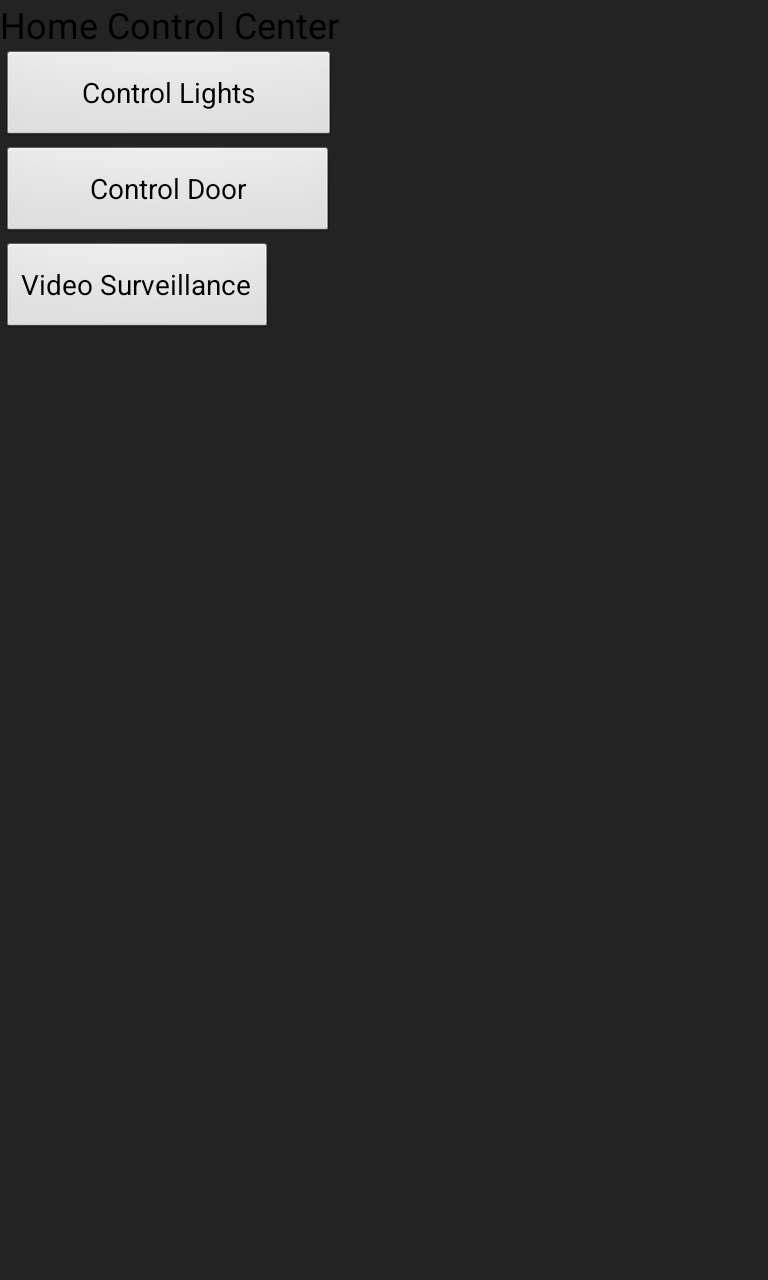
Repository: Teketel/hujeManiita
Layout: workspace/android/Besso/res/layout/center_activity.xml
An editor plug-in stored every save of this project. The layout is shown before and after the next save, followed by the edit.
It is drawn on a 768 x 1280 px phone screen (xhdpi) without system bars, with theme AppTheme; the app's code is not run.

Above is the layout before, as saved 2013-04-06 12:40:44.

### workspace/android/Besso/res/layout/center_activity.xml
<?xml version="1.0" encoding="utf-8"?>
<LinearLayout xmlns:android="http://schemas.android.com/apk/res/android"
    android:layout_width="match_parent"
    android:layout_height="match_parent"
    android:orientation="vertical"
    android:background="@drawable/black_back" >


    <TextView
        android:id="@+id/textView1"
        android:layout_width="wrap_content"
        android:layout_height="wrap_content"
        android:text="Home Control Center"
        android:textAppearance="?android:attr/textAppearanceMedium" />

    <Button
        android:id="@+id/Lights"
        android:layout_width="169dp"
        android:layout_height="wrap_content"
        android:text="Control Lights" />
        <!--android:background="@color/txtClr" -->
    <Button
        android:id="@+id/Door"
        android:layout_width="168dp"
        android:layout_height="wrap_content"
        android:text="Control Door"/>
        <!--android:background="@color/txtClr" -->
    <Button
        android:id="@+id/Camera"
        android:layout_width="wrap_content"
        android:layout_height="wrap_content"
        android:text="Video Surveillance"/>
        <!--android:background="@color/txtClr" -->

</LinearLayout>

### workspace/android/Besso/res/values/colors.xml
<?xml version="1.0" encoding="utf-8"?>
<resources>
    <color name="txtClr">#FFFFFF</color>
    <color name="mygray">#FFFFFF</color>

</resources>

Loaded but not shown: workspace/android/Besso/res/values/styles.xml (common file)

After the next save:
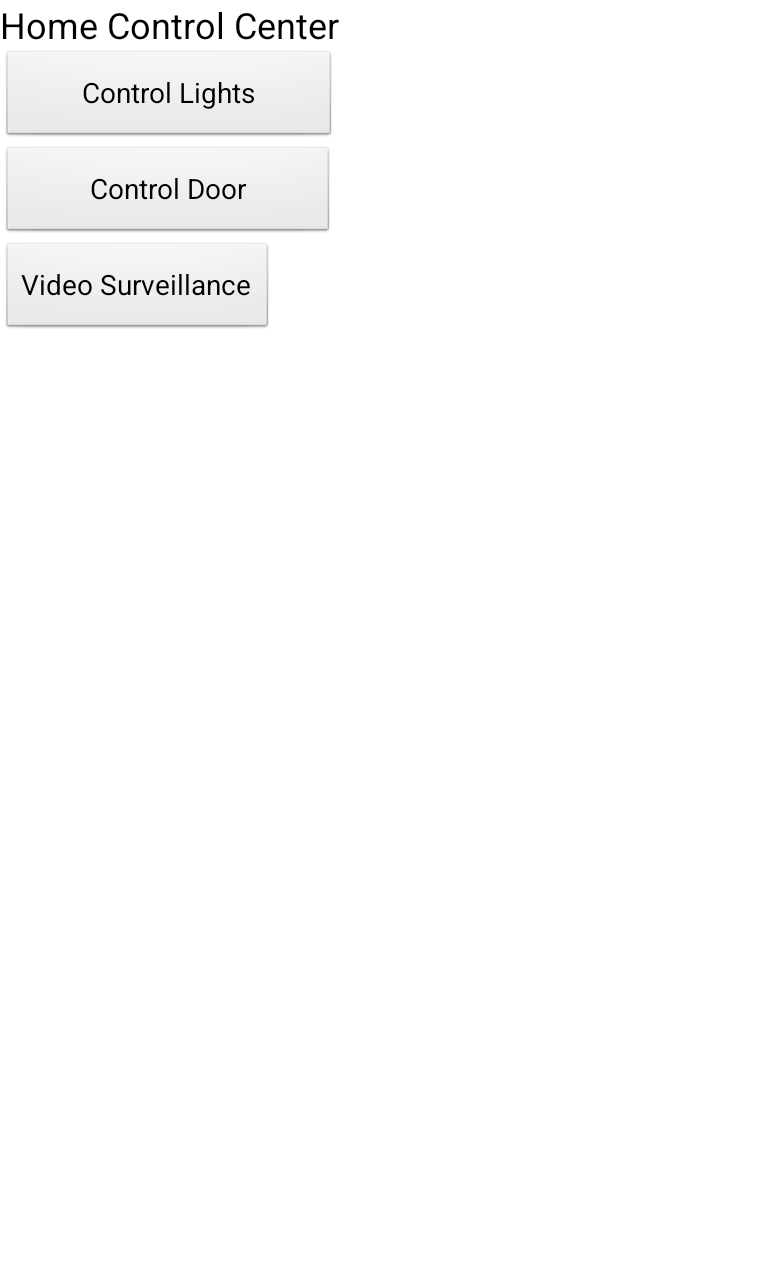
Saved 4 min 25 s later.
--- a/workspace/android/Besso/res/layout/center_activity.xml
+++ b/workspace/android/Besso/res/layout/center_activity.xml
@@ -2,8 +2,7 @@
 <LinearLayout xmlns:android="http://schemas.android.com/apk/res/android"
     android:layout_width="match_parent"
     android:layout_height="match_parent"
-    android:orientation="vertical"
-    android:background="@drawable/black_back" >
+    android:orientation="vertical" >
 
 
     <TextView
